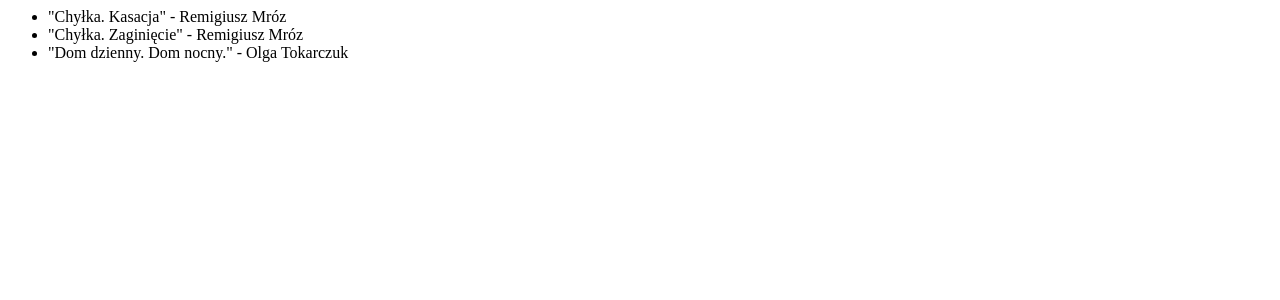
Repository: ninjapolski2/library_test_sys
Page: http://localhost/library/
The author's editor kept a copy of each file at every save. The page is drawn from the files as they stood at one save, then again after a run of saves.
The browser window is 1280 px wide. The pictures show the whole page.
The page is served by the project's application, run on Django 3.2 (manage.py). Other server files are loaded and not shown. The page reads the database file committed with the project.

Above is the page before, as saved 2021-08-22 13:14:10.

### library/templates/index.html
{% if books_list %}
    <ul>
        {% for book in books_list %}
            <li href="{% url 'library:detail' book.id %}"> {{book.title}} - {{book.author}}</li>
        {% endfor %}
    </ul>
{% else %}
    <h1>Brak dostępnych książek do wypożyczenia.</h1>
{% endif %}

### library/models.py
from django.db import models
from django.utils import timezone
# Create your models here.
class Book(models.Model):
    title = models.CharField(max_length=150)
    author = models.CharField(max_length=100)
    description = models.TextField(max_length=2000)
    identificator = models.CharField(max_length=12)

    def __str__(self):
        return self.author+": "+self.title

class Place(models.Model):
    identificator_of_the_book = models.ForeignKey(Book, on_delete=models.CASCADE)
    shelf_identificator = models.CharField("pokój|dział/półka", max_length=15)
    filia = models.IntegerField("filia")
    address = models.TextField("adres", max_length=1000)
    availability = models.BooleanField('dostępność', default=True)

    def __str__(self):
        return f"{self.identificator_of_the_book}"

    def is_available(self):
        return availability == True

### library/views.py
from django.shortcuts import render, get_object_or_404
from django.views import generic
from .models import Book, Place
from django.http import HttpResponse
from . import views

class IndexViewList(generic.ListView):
    template_name = "index.html"
    context_object_name = "books_list"

    def get_queryset(request):
        return Book.objects.all()

class BookInfoDetailView(generic.DetailView):
    model = Book
    template_name = "detail.html"

class BookABookResultsView(generic.DetailView):
    model = Book
    template_name = "book-a-book-results.html"

def book_a_book(request, identificator):
    book = get_object_or_404(Book, identificator)
    selected_book = book.place_set.get(pk=request.GET['place'])
    selected_book.available = False
    selected_book.save()
    return HttpResponse(reverse("library:book-a-book-results", args=(book.identificator,)))

### library_system/urls.py
"""library_system URL Configuration

The `urlpatterns` list routes URLs to views. For more information please see:
    https://docs.djangoproject.com/en/3.2/topics/http/urls/
Examples:
Function views
    1. Add an import:  from my_app import views
    2. Add a URL to urlpatterns:  path('', views.home, name='home')
Class-based views
    1. Add an import:  from other_app.views import Home
    2. Add a URL to urlpatterns:  path('', Home.as_view(), name='home')
Including another URLconf
    1. Import the include() function: from django.urls import include, path
    2. Add a URL to urlpatterns:  path('blog/', include('blog.urls'))
"""
from django.contrib import admin
from django.urls import path, include

urlpatterns = [
    path('library/', include("library.urls")),
    path('admin/', admin.site.urls),
]

### library/urls.py
from django.urls import path
from . import views
from .models import Book, Place

app_name = "library"
urlpatterns = [
    path("", views.IndexViewList.as_view(), name="index"),
    path("<str:identificator>/", views.BookInfoDetailView.as_view(), name="detail"),
    path("<str:identificator>/book-a-book/", views.book_a_book, name="book-a-book"),
    path("<str:identificator>/book-a-book/results/", views.BookABookResultsView.as_view(), name="book-a-book-results-view"),

]

### db.sqlite3 (the tables this page reads, as SQL)
CREATE TABLE "library_book" ("id" integer NOT NULL PRIMARY KEY AUTOINCREMENT, "title" varchar(150) NOT NULL, "author" varchar(100) NOT NULL, "description" text NOT NULL, "identificator" varchar(12) NOT NULL);
INSERT INTO "library_book" VALUES
(1, '"Chyłka. Kasacja"', 'Remigiusz Mróz', '', ''),
(2, '"Chyłka. Zaginięcie"', 'Remigiusz Mróz', '', ''),
(3, '"Dom dzienny. Dom nocny."', 'Olga Tokarczuk', '', '');

After the next 2 saves:
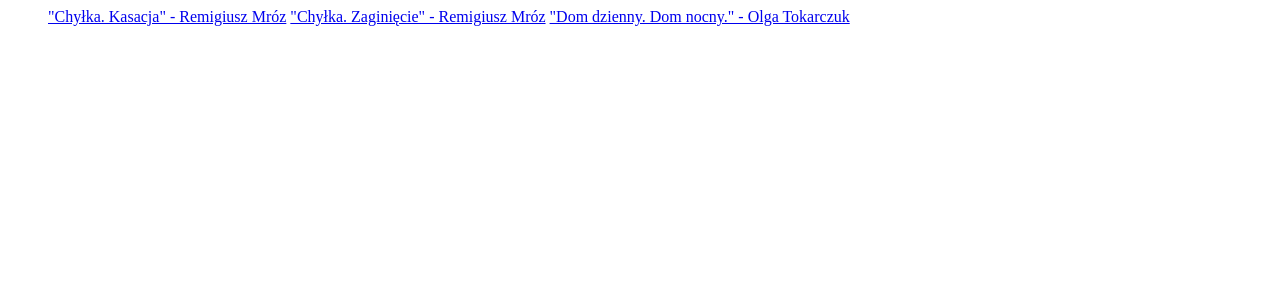
The 2 saves are shown as one change because they came seconds apart.
The last was saved 42 s later.
--- a/library/templates/index.html
+++ b/library/templates/index.html
@@ -1,7 +1,7 @@
 {% if books_list %}
     <ul>
         {% for book in books_list %}
-            <li href="{% url 'library:detail' book.id %}"> {{book.title}} - {{book.author}}</li>
+            <a href="{% url 'library:detail' book.id %}"> {{book.title}} - {{book.author}}</a>
         {% endfor %}
     </ul>
 {% else %}
